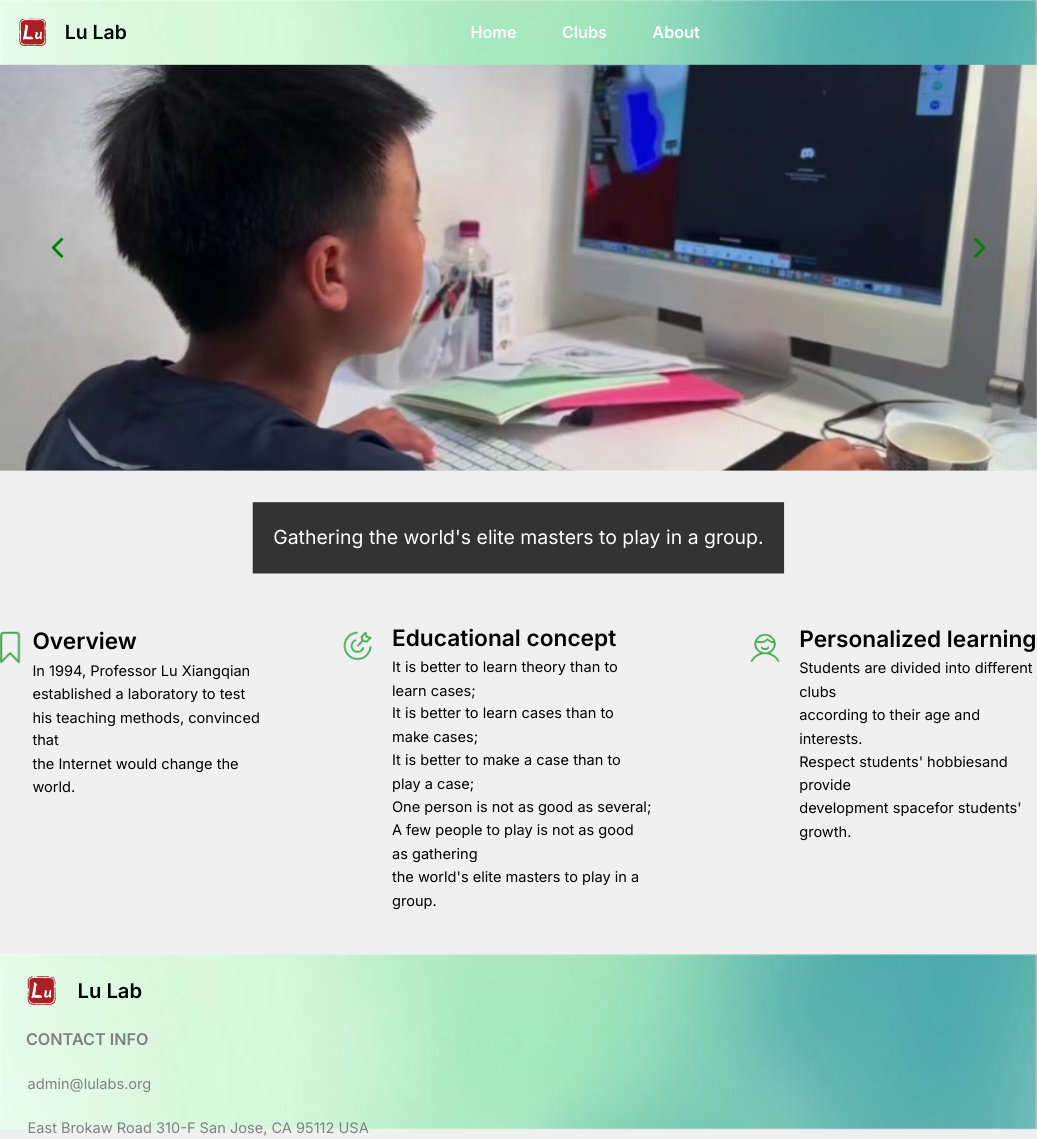
Repository: proflulab/lulab_website_next_js
Page: /
These files come from the project's save history. The page is drawn as it stood at one moment and after the next save; the edit follows.
The browser window is 1280 px wide. The pictures show the whole page, at 81% of full size.
The project was rebuilt for these pictures with package versions that can differ from the ones it lists, and the page was loaded fresh each time. The framework's server and built-in components were replaced by stand-ins that run in the browser. Also part of the build but not shown: next.config.js, next.config.mjs.

Above is the page before, as saved 2023-12-27 21:08:11.

### app/layout.tsx
import type { Metadata } from "next";
import { Inter } from "next/font/google";
import "./globals.css";

const inter = Inter({ subsets: ["latin"] });

export const metadata: Metadata = {
  title: "Lu Lab",
  description: "Lu Lab",
};

export default function RootLayout({
  children,
}: {
  children: React.ReactNode;
}) {
  return (
    <html lang="en">
      <body className={inter.className}>{children}</body>
    </html>
  );
}

### app/page.tsx
"use client";
import "./globals.css"; // 引入全局 CSS 文件

import React, { useState, useEffect, useRef } from "react";
import { FontAwesomeIcon } from "@fortawesome/react-fontawesome";
import {
  faChevronLeft,
  faChevronRight,
} from "@fortawesome/free-solid-svg-icons";
import Image from "next/image";

import Navbar from "./title/page";
import End from "./title/end";

// export default Navbar;

const Home: React.FC = () => {
  const [images, setImages] = useState<string[]>([]);
  const [currentImageIndex, setCurrentImageIndex] = useState<number>(0);

  useEffect(() => {
    const imageUrls = ["image3.jpg", "xueyuan.jpg", "image1.jpg"];
    setImages(imageUrls);
  }, []);

  useEffect(() => {
    const interval = setInterval(() => {
      setCurrentImageIndex((prevIndex) =>
        prevIndex === images.length - 1 ? 0 : prevIndex + 1
      );
    }, 5000);

    return () => clearInterval(interval);
  }, [images]);

  const showNextImage = () => {
    setCurrentImageIndex((prevIndex) =>
      prevIndex === images.length - 1 ? 0 : prevIndex + 1
    );
  };

  const showPreviousImage = () => {
    setCurrentImageIndex((prevIndex) =>
      prevIndex === 0 ? images.length - 1 : prevIndex - 1
    );
  };
  const [windowWidth, setWindowWidth] = useState<number>(0);

  const [isMobile, setIsMobile] = useState<boolean>(false);

  useEffect(() => {
    const handleResize = () => {
      const width = window.innerWidth;
      setIsMobile(width <= 768);
    };

    handleResize(); // 初始化时调用一次，设置初始的 isMobile 值

    window.addEventListener("resize", handleResize);

    return () => {
      window.removeEventListener("resize", handleResize);
    };
  }, []); // 空数组作为依赖，确保只在组件挂载时执行一次

  return (
    <>
      <Navbar />
      <div
        style={{
          display: "flex",
          flexDirection: "column",
          alignItems: "center",
        }}
      >
        <div
          style={{
            position: "relative",
            width: "100%",
            height: "85vh",
            maxWidth: "100%",
            maxHeight: "85vh",
          }}
        >
          {images.length > 0 && (
            // eslint-disable-next-line @next/next/no-img-element
            <img
              src={images[currentImageIndex]}
              alt={`Image ${currentImageIndex + 1}`}
              style={{
                width: "100%",
                height: "95%",
                objectFit: "cover",
                ...(isMobile
                  ? {
                      height: "75vh",
                      width: "100%",
                      objectFit: "cover",
                    }
                  : {}),
              }}
            />
          )}
          <div
            style={{
              position: "absolute",
              top: "50%",
              transform: "translateY(-50%)",
              left: "5%",
              right: "5%",
              display: "flex",
              justifyContent: "space-between",
            }}
          >
            <button
              onClick={showPreviousImage}
              style={{ color: "green", fontWeight: "bold", fontSize: "28px" }}
            >
              <FontAwesomeIcon icon={faChevronLeft} />
            </button>
            <button
              onClick={showNextImage}
              style={{ color: "green", fontWeight: "bold", fontSize: "28px" }}
            >
              <FontAwesomeIcon icon={faChevronRight} />
            </button>
          </div>
        </div>

        <div
          style={{
            position: "absolute",
            top: isMobile ? "400px" : "620px",
            justifyContent: "space-between",

            backgroundColor: "#333333",
            color: "#fff",
            padding: "25px",
            zIndex: 1,
            width: isMobile ? "80%" : "auto", // 根据屏幕大小更新宽度
          }}
        >
          <p style={{ fontSize: isMobile ? "20px" : "24px" }}>
            Gathering the world&apos;s elite masters to play in a group.
          </p>
        </div>

        <div
          style={{
            fontWeight: "bold",
            fontSize: "45px",
            color: "#000000",
            textAlign: "center",
            marginTop: "40px",
            marginBottom: "40px",
          }}
        >
          Welcome to Lu Lab
        </div>
        {isMobile && (
          <>
            <div
              style={{
                marginBottom: "20px",
                display: "flex",
                alignItems: "flex-start",
              }}
            >
              <Image
                src="/Overview.png"
                alt=""
                width={25}
                height={35}
                style={{ marginLeft: "-30px" }}
              />
              <div style={{ marginLeft: "15px" }}>
                <p
                  style={{
                    fontSize: "28px",
                    fontWeight: "600",
                    marginBottom: "5px",
                    marginTop: "-5px",
                  }}
                >
                  Overview
                </p>
                <p
                  style={{
                    fontSize: "18px",
                    fontWeight: "400",
                    lineHeight: "1.5",
                  }}
                >
                  In 1994, Professor Lu Xiangqian
                  <br /> established a laboratory to test
                  <br />
                  his teaching methods, convinced that
                  <br /> the Internet would change the world. <br />
                </p>
              </div>
            </div>

            <div
              style={{
                marginBottom: "20px",
                display: "flex",
                alignItems: "flex-start",
              }}
            >
              <Image
                src="/Edu.png"
                alt=""
                width={35}
                height={35}
                style={{ marginLeft: "35px" }}
              />
              <div style={{ marginLeft: "15px" }}>
                <p
                  style={{
                    fontSize: "28px",
                    fontWeight: "600",
                    marginBottom: "5px",
                    marginTop: "-5px",
                  }}
                >
                  Educational concept
                </p>
                <p
                  style={{
                    fontSize: "18px",
                    fontWeight: "400",
                    lineHeight: "1.5",
                  }}
                >
                  It is better to learn theory than to learn cases;
                  <br />
                  It is better to learn cases than to make cases;
                  <br />
                  It is better to make a case than to play a case;
                  <br />
                  One person is not as good as several;
                  <br />
                  A few people to play is not as good as gathering
                  <br />
                  the world&apos;s elite masters to play in a group.
                </p>
              </div>
            </div>

            <div
              style={{
                marginBottom: "20px",
                display: "flex",
                alignItems: "flex-start",
              }}
            >
              <Image
                src="/Person.png"
                alt=""
                width={35}
                height={35}
                style={{ marginLeft: "-15px" }}
              />
              <div style={{ marginLeft: "15px" }}>
                <p
                  style={{
                    fontSize: "28px",
                    fontWeight: "600",
                    marginBottom: "5px",
                    marginTop: "-5px",
                  }}
                >
                  Personalized learning
                </p>
                <p
                  style={{
                    fontSize: "18px",
                    fontWeight: "400",
                    lineHeight: "1.5",
                  }}
                >
                  Students are divided into different clubs
                  <br />
                  according to their age and interests.
                  <br />
                  Respect students&apos; hobbies and provide
                  <br />
                  development space for students&apos; growth.
                </p>
              </div>
            </div>
          </>
        )}

        {!isMobile && (
          <div
            style={{
              display: "flex",
              justifyContent: "left",
              marginTop: "20px",
            }}
          >
            <div style={{ flex: "1.1", marginRight: "100px" }}>
              <Image src="/Overview.png" alt="" width={25} height={35} />
              <div style={{ marginLeft: "40px" }}>
                <p
                  style={{
                    color: "black",
                    fontSize: "28px",
                    fontWeight: "600",
                    marginTop: "-50px",
                    textAlign: "left",
                  }}
                >
                  Overview
                </p>
                <p
                  style={{
                    color: "black",
                    fontSize: "18px",
                    fontWeight: "400",
                    textAlign: "left",
                  }}
                >
                  In 1994, Professor Lu Xiangqian
                  <br /> established a laboratory to test
                  <br />
                  his teaching methods, convinced that
                  <br /> the Internet would change the world. <br />
                </p>
              </div>
            </div>
            <div style={{ flex: "1.3", marginRight: "90px" }}>
              {" "}
              {/* 将 Edu 部分的 flex 值调整为 1.5 */}
              <Image src="/Edu.png" alt="" width={35} height={35} />
              <div style={{ marginLeft: "60px" }}>
                <p
                  style={{
                    color: "black",
                    fontSize: "28px",
                    fontWeight: "600",
                    marginTop: "-50px",
                    textAlign: "left",
                  }}
                >
                  Educational concept
                </p>
                <p
                  style={{
                    color: "black",
                    fontSize: "18px",
                    fontWeight: "400",
                    textAlign: "left",
                  }}
                >
                  It is better to learn theory than to learn cases;
                  <br /> It is better to learn cases than to make cases;
                  <br /> It is better to make a case than to play a case;
                  <br /> One person is not as good as several;
                  <br /> A few people to play is not as good as gathering
                  <br /> the world&apos;s elite masters to play in a group.
                </p>
              </div>
            </div>
            <div style={{ flex: "1.2", marginLeft: "30px" }}>
              <Image src="/Person.png" alt="" width={35} height={35} />
              <div style={{ marginLeft: "60px" }}>
                <p
                  style={{
                    color: "black",
                    fontSize: "28px",
                    fontWeight: "600",
                    marginTop: "-50px",
                    textAlign: "left",
                  }}
                >
                  Personalized learning
                </p>
                <p
                  style={{
                    color: "black",
                    fontSize: "18px",
                    fontWeight: "400",
                    textAlign: "left",
                  }}
                >
                  Students are divided into different clubs
                  <br /> according to their age and interests.
                  <br /> Respect students&apos; hobbiesand provide
                  <br /> development spacefor students&apos; growth.
                </p>
              </div>
            </div>
          </div>
        )}

        <hr
          style={{
            marginBottom: "50px",
          }}
        />
        <End />
      </div>
    </>
  );
};

export default Home;

### app/globals.css
@tailwind base;
@tailwind components;
@tailwind utilities;
/* 全局样式 */
body {
  font-family: Arial, sans-serif;
  margin: 0;
  padding: 0;
  background-color: #f0f0f0;
  color: #333;
}

h1 {
  font-size: 2em;
  margin-bottom: 20px;
}

p {
  font-size: 16px;
  line-height: 1.5;
}

/* 媒体查询 */
/* 在小屏幕上应用的样式 */
/* globals.css 或者其他全局CSS文件 */
/* 在文件中添加媒体查询样式 */

/* 较小屏幕尺寸下调整内容位置 */
@media (max-width: 768px) {
  .additional-content {
    top: 550px; /* 调整顶部位置 */
    padding: 15px; /* 调整内边距 */
  }
}

/* 更小屏幕尺寸下调整内容位置 */
@media (max-width: 480px) {
  .additional-content {
    top: 500px; /* 更进一步调整顶部位置 */
    padding: 10px; /* 更进一步调整内边距 */
  }
}

/* 更多媒体查询和样式 */

@media (max-width: 768px) {
  body {
    font-size: 14px;
  }

  h1 {
    font-size: 1.5em;
    margin-bottom: 15px;
  }

  p {
    font-size: 14px;
    line-height: 1.4;
  }
}

/* 在更小的屏幕上应用的样式 */
@media (max-width: 480px) {
  body {
    font-size: 12px;
  }

  h1 {
    font-size: 1.2em;
    margin-bottom: 10px;
  }

  p {
    font-size: 12px;
    line-height: 1.3;
  }
}

/* 在大屏幕上应用的样式 */
@media (min-width: 1200px) {
  body {
    font-size: 18px;
  }

  h1 {
    font-size: 2.5em;
    margin-bottom: 25px;
  }

  p {
    font-size: 18px;
    line-height: 1.6;
  }
}

/* 更多自定义样式和媒体查询可以按需添加 */

### app/title/end.tsx
"use client";
import Link from "next/link";
import { useState, useEffect, useRef } from "react";
import Image from "next/image";
const End: React.FC = () => {
  return (
    <div style={{ position: "relative" }}>
      <Image src="/title.jpg" alt="" height="230" width="1700" />
      <div
        style={{
          position: "absolute",
          top: "20px",
          left: "2%",
          display: "flex",
          alignItems: "center",
        }}
      >
        <Image src="/logo.png" alt="" height="50" width="50" />
        <p
          style={{
            color: "black",
            fontSize: "25px",
            fontWeight: "600",
            marginLeft: "20px",
          }}
        >
          Lu Lab
        </p>
      </div>
      <div
        style={{
          position: "absolute",
          top: "90px",
          left: "2.5%",
          textAlign: "left",
        }}
      >
        <div
          style={{
            color: "grey",
            fontSize: "20px",
            fontWeight: "600",
          }}
        >
          CONTACT INFO
        </div>
        <div
          style={{
            color: "grey",
            fontSize: "18px",
            fontWeight: "400",
            marginLeft: "2px",
            textAlign: "left",
          }}
        >
          <br />
          admin@lulabs.org
          <br />
          <br />
          East Brokaw Road 310-F San Jose, CA 95112 USA <br />
        </div>
      </div>
    </div>
  );
};
export default End;

Loaded but not shown: tailwind.config.ts (common file); app/title/page.tsx (272 lines, source omitted)

After the next save:
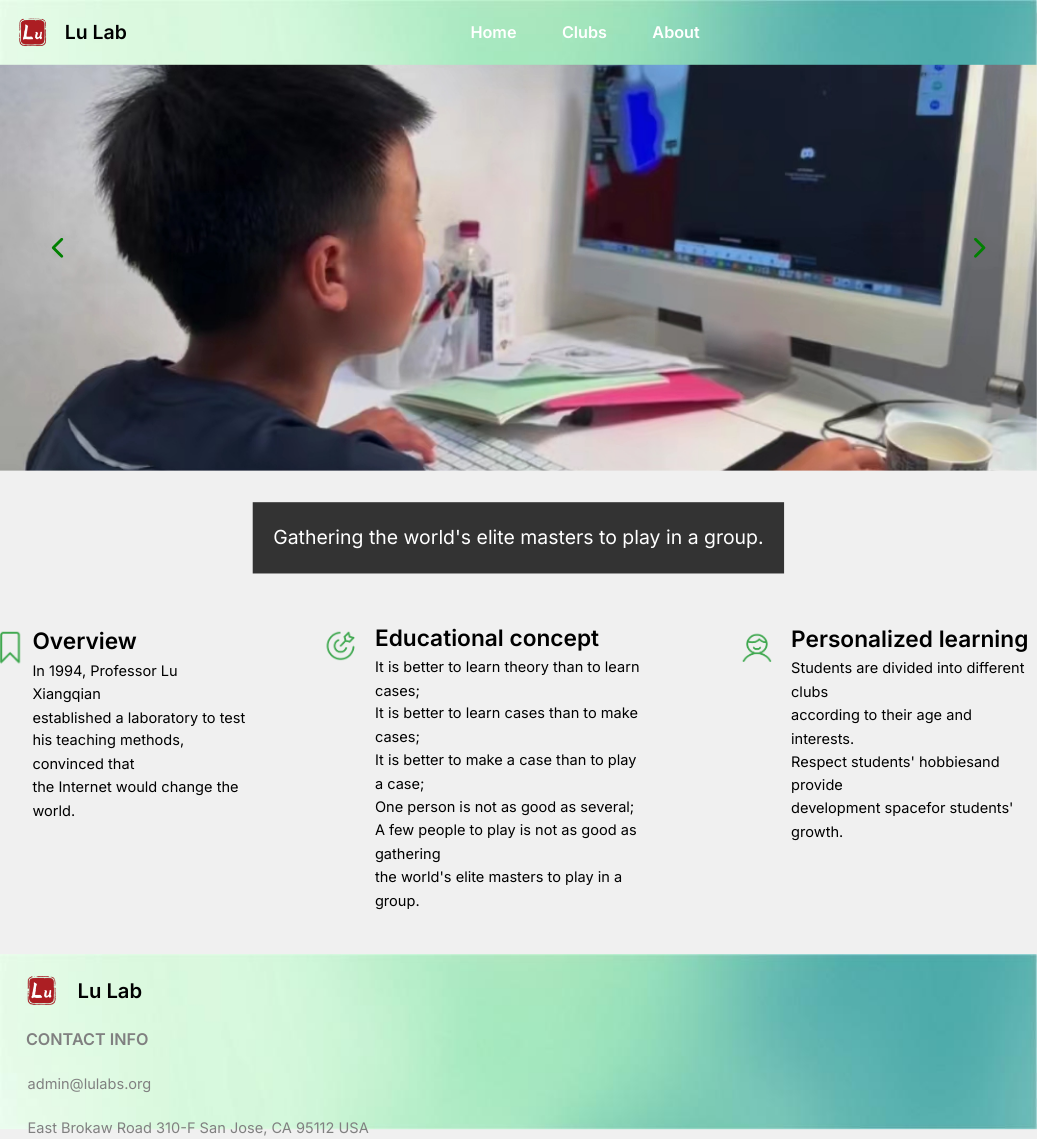
Saved 6 s later.
--- a/app/page.tsx
+++ b/app/page.tsx
@@ -300,7 +300,7 @@
               marginTop: "20px",
             }}
           >
-            <div style={{ flex: "1.1", marginRight: "100px" }}>
+            <div style={{ flex: "1", marginRight: "100px" }}>
               <Image src="/Overview.png" alt="" width={25} height={35} />
               <div style={{ marginLeft: "40px" }}>
                 <p

After the save that followed:
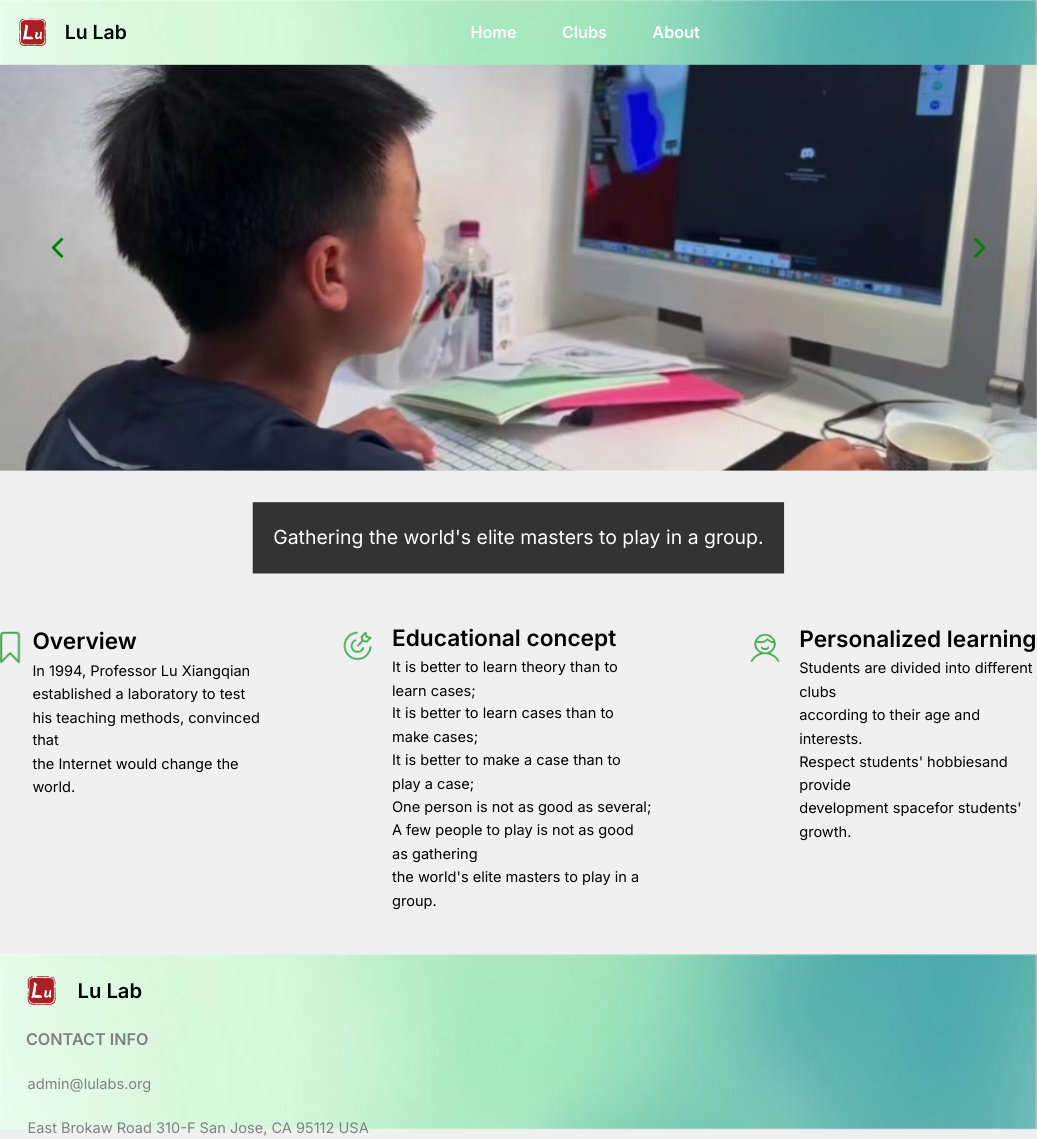
Saved 5 s later.
--- a/app/page.tsx
+++ b/app/page.tsx
@@ -300,7 +300,7 @@
               marginTop: "20px",
             }}
           >
-            <div style={{ flex: "1", marginRight: "100px" }}>
+            <div style={{ flex: "1.1", marginRight: "100px" }}>
               <Image src="/Overview.png" alt="" width={25} height={35} />
               <div style={{ marginLeft: "40px" }}>
                 <p
